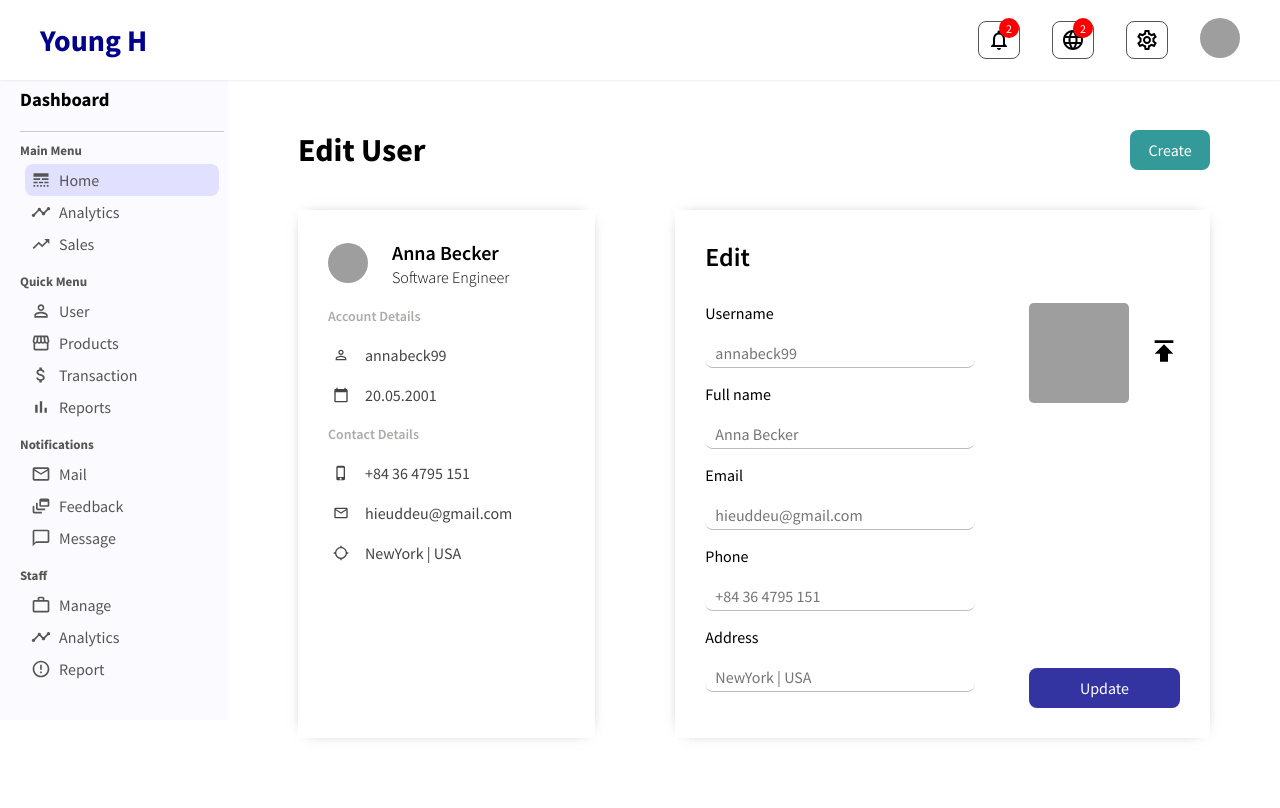
Repository: noname20011/admin
Page: /user/1
These files come from the project's save history. The page is drawn as it stood at one moment and after the next save; the edit follows.
The browser window is 1280 px wide. The pictures show the whole page.
Pictures or frames that could not be fetched are drawn as grey boxes. The project was rebuilt for these pictures with package versions that can differ from the ones it lists, and the page was loaded fresh each time. Also part of the build but not shown: src/pages/home/home.css, src/comopnents/featureInfo/feature.css, src/comopnents/featureInfo/Feature.jsx, src/comopnents/chart/chart.css, src/comopnents/chart/Chart.jsx, src/comopnents/widgetSm/widgetSm.css, src/comopnents/widgetSm/WidgetSm.jsx, src/comopnents/widgetLg/widgetLg.css and 7 more.

Above is the page before, as saved 2021-11-14 14:58:00.

### public/index.html
<!DOCTYPE html>
<html lang="en">
  <head>
    <meta charset="utf-8" />
    <meta name="viewport" content="width=device-width, initial-scale=1" />
    <meta name="theme-color" content="#000000" />
    <meta
      name="description"
      content="Web site created using create-react-app"
    />
    <!-- GOOGLE FONTS -->
    <link href="https://fonts.googleapis.com/css2?family=Source+Sans+Pro:wght@200;300;400;600;700;900&display=swap" rel="stylesheet">
    <style>
      * {
        font-family: 'Source Sans Pro', sans-serif;
        padding: 0;
        margin: 0;
      }
    </style>
    <title>React Admin App</title>
  </head>
  <body>
    <div id="root"></div>
  </body>
</html>

### src/App.js
import Topbar from "./comopnents/topbar/Topbar";
import Sidebar from "./comopnents/sidebar/Sidebar";
import Home from "./pages/home/Home.jsx"
import UserList from "./pages/userList/UserList";
import User from "./pages/user/User";
import NewUser from "./pages/newUser/NewUser";
import './app.css'

import {BrowserRouter as Router, Routes , Route} from "react-router-dom"
function App() {
  return (
    <div>
      <Router>
        <Topbar/>
        <div className="container">
          <Sidebar/>
          <Routes >
            <Route path="/" exact element={<Home/>}/>
            <Route path="/users" exact element={<UserList/>}/>
            <Route path="/user/:userId" exact element={<User/>}/>
            <Route path="/register" exact element={<NewUser/>}/>
          </Routes>
        </div>
      </Router>
    </div>
  );
}

export default App;

### src/comopnents/topbar/Topbar.jsx
import React from 'react'
import './topbar.css'

import { Language, NotificationsNone, SettingsOutlined  } from '@material-ui/icons'

export default function Topbar() {
    return (
        <div className="topbar">
            <div className="topbarWrapper">
                <div className="topLeft">
                    <div className="logo">Young H</div>
                </div>
                <div className="topRight">
                    <div className="topbarIconContainer">
                        <NotificationsNone/>
                        <div className="topIconsBadge">2</div>
                    </div>
                    <div className="topbarIconContainer">
                        <Language/>
                        <div className="topIconsBadge">2</div>
                    </div>
                    <div className="topbarIconContainer">
                        <SettingsOutlined/>
                    </div>
                    <div>
                        <img src="https://images.pexels.com/photos/1526814/pexels-photo-1526814.jpeg?auto=compress&cs=tinysrgb&dpr=2&w=500" alt="admin" className="topAvatar"/>
                    </div>
                </div>
            </div>
        </div>
    )
}

### src/comopnents/sidebar/Sidebar.jsx
import { AttachMoney, BarChart, ChatBubbleOutline, DynamicFeed, ErrorOutline, LineStyle, MailOutlined, PersonOutline, Storefront, Timeline, TrendingUp,  WorkOutlineOutlined } from '@material-ui/icons'
import React from 'react'
import "./sidebar.css"
export default function Sidebar() {
    return (
        <div className="sidebar">
            <div className="sidebarWrapper">
                <h3 className="sidebarTitle">Dashboard</h3>
                <div className="sidebarMenu">
                    <h4 className="sidebarMenuTitle">Main Menu</h4>
                    <ul className="sidebarLists">
                        <li className="sidebarListItem active">
                            <LineStyle className="sidebarIcon"/>
                            Home
                        </li>
                        <li className="sidebarListItem">
                            <Timeline className="sidebarIcon"/>
                            Analytics
                        </li>
                        <li className="sidebarListItem">
                            <TrendingUp className="sidebarIcon"/>
                            Sales
                        </li>
                    </ul>
                </div>
                <div className="sidebarMenu">
                    <h4 className="sidebarMenuTitle">Quick Menu</h4>
                    <ul className="sidebarLists">
                        <li className="sidebarListItem">
                            <PersonOutline className="sidebarIcon"/>
                            User
                        </li>
                        <li className="sidebarListItem">
                            <Storefront className="sidebarIcon"/>
                            Products
                        </li>
                        <li className="sidebarListItem">
                            <AttachMoney className="sidebarIcon"/>
                            Transaction
                        </li>
                        <li className="sidebarListItem">
                            <BarChart className="sidebarIcon"/>
                            Reports
                        </li>
                    </ul>
                </div>
                <div className="sidebarMenu">
                    <h4 className="sidebarMenuTitle">Notifications</h4>
                    <ul className="sidebarLists">
                        <li className="sidebarListItem">
                            <MailOutlined className="sidebarIcon"/>
                            Mail
                        </li>
                        <li className="sidebarListItem">
                            <DynamicFeed className="sidebarIcon"/>
                            Feedback
                        </li>
                        <li className="sidebarListItem">
                            <ChatBubbleOutline className="sidebarIcon"/>
                            Message
                        </li>
                    </ul>
                </div>
                <div className="sidebarMenu">
                    <h4 className="sidebarMenuTitle">Staff</h4>
                    <ul className="sidebarLists">
                        <li className="sidebarListItem">
                            <WorkOutlineOutlined className="sidebarIcon"/>
                            Manage
                        </li>
                        <li className="sidebarListItem">
                            <Timeline className="sidebarIcon"/>
                            Analytics
                        </li>
                        <li className="sidebarListItem">
                            <ErrorOutline className="sidebarIcon"/>
                            Report
                        </li>
                    </ul>
                </div>
            </div>
        </div>
    )
}

### src/pages/user/User.jsx
import { CalendarToday, LocationSearching, MailOutline, PersonOutline, PhoneIphone, Publish } from "@material-ui/icons"
import "./user.css"

export default function User() {
    return (
        <div className="user">
            <div className="userTitleContainer">
                <h1 className="useTitle">Edit User</h1>
                <button className="userAddBtn">
                    Create
                </button>
            </div>
            <div className="userContainer">
                <div className="userShow">
                    <div className="userShowTop">
                        <img src="https://images.pexels.com/photos/1152994/pexels-photo-1152994.jpeg?auto=compress&cs=tinysrgb&dpr=2&w=500" alt="" className="userShowImg" />
                        <div className="userShowTopInfo">
                            <span className="userShowName">Anna Becker</span>
                            <span className="userShowJob">Software Engineer</span>
                        </div>
                    </div>
                    <div className="userShowBottom">
                        <span className="userShowTitle">Account Details</span>
                        <div className="userShowBottomInfo">
                            <PersonOutline className="userShowIcon"/>
                            <span className="userShowInfo">annabeck99</span>
                        </div>
                        <div className="userShowBottomInfo">
                            <CalendarToday className="userShowIcon"/>
                            <span className="userShowInfo">20.05.2001</span>
                        </div>
                        <span className="userShowTitle">Contact Details</span>
                        <div className="userShowBottomInfo">
                            <PhoneIphone className="userShowIcon"/>
                            <span className="userShowInfo">+84 36 4795 151</span>
                        </div>
                        <div className="userShowBottomInfo">
                            <MailOutline className="userShowIcon"/>
                            <span className="userShowInfo">hieuddeu@gmail.com</span>
                        </div>
                        <div className="userShowBottomInfo">
                            <LocationSearching className="userShowIcon"/>
                            <span className="userShowInfo">NewYork | USA</span>
                        </div>
                    </div>
                </div>
                <div className="userUpdate">
                    <span className="userUpdateTitle">Edit</span>
                    <form action="" className="UserUpdateForm">
                        <div className="userUpdateLeft">
                            <div className="userUpdateItem">
                                <label>Username</label>
                                <input type="text"
                                placeholder="annabeck99" className="userUpdateInput" />
                            </div>
                            <div className="userUpdateItem">
                                <label>Full name</label>
                                <input type="text"
                                placeholder="Anna Becker" className="userUpdateInput" />
                            </div>
                            <div className="userUpdateItem">
                                <label>Email</label>
                                <input type="email"
                                placeholder="hieuddeu@gmail.com" className="userUpdateInput" />
                            </div>
                            <div className="userUpdateItem">
                                <label>Phone</label>
                                <input type="text"
                                placeholder="+84 36 4795 151" className="userUpdateInput" />
                            </div>
                            <div className="userUpdateItem">
                                <label>Address</label>
                                <input type="text"
                                placeholder="NewYork | USA" className="userUpdateInput" />
                            </div>
                        </div>
                        <div className="userFormRight">
                            <div className="userUpdateUpload">
                                <img src="https://images.pexels.com/photos/1152994/pexels-photo-1152994.jpeg?auto=compress&cs=tinysrgb&dpr=2&w=500" alt="" className="userFormImg" />
                                <label htmlFor="file">
                                    <Publish className="userUpdateIcon"/>
                                </label>
                                <input type="file" id="file" style={{ display: "none" }} />
                            </div>
                            <button className="userUpdateButton">Update</button>
                        </div>
                    </form>
                </div>
            </div>
        </div>
    )
}

### src/app.css
ul, li {
    list-style: none;
}

a {
    text-decoration: none;
}

.container {
    display: flex;
}

.other {
    flex: 4;
}

button, input {
    border: none;
    outline: none;
}

### src/comopnents/topbar/topbar.css
.topbar {
    width: 100%;
    height: 80px;
    background: #fff;
    box-shadow: 0 .5px 2px rgba(0, 0, 0, 0.07);

    position: sticky;
    top: 0;
    z-index: 1000;
}

.topbarWrapper {
    height: 100%;
    padding: 0 40px;
    display: flex;
    justify-content: space-between;
    align-items: center;
}

.logo {
    font-weight: bold;
    font-size: 30px;
    color: darkblue;
    cursor: pointer;
}

.topRight {
    display: flex;
    align-items: center;
    column-gap: 2rem;
}
.topbarIconContainer {
    position: relative;
    cursor: pointer;
    width: 40px;
    height: 36px;
    border: 1px solid #555;
    border-radius: .5rem;
    display: flex;
    align-items: center;
    justify-content: center;
}

.topbarIconContainer:hover {
    background-color: rgb(248, 246, 246);
}

.topIconsBadge {
    font-size: 12px;
    position: absolute;
    top: -4px;
    right: 0px;

    width: 20px;
    height: 20px;
    background-color: red;
    color: #fff;
    border-radius: 50%;

    display: flex;
    place-content: center;
    place-items: center;
}

.topAvatar {
    width: 40px;
    height: 40px;
    object-fit: cover;
    border-radius: 50%;
    cursor: pointer;
}

### src/comopnents/sidebar/sidebar.css
.sidebar {
    flex: 1;
    background-color: rgb(251, 251, 255);
    position: sticky;
    top: 80px;
    height: calc(100vh - 80px);
}

.sidebarWrapper {
    padding: 8px 4px 0 20px;
}

.sidebarTitle {
    padding-bottom: 20px;
    margin-bottom: 10px;
    border-bottom: 1px solid #ccc;
}

.sidebarMenu {
    margin-bottom: 8px;
}

.sidebarMenuTitle {
    color: #555;
    font-size: 13px;
}

.sidebarLists {
    padding: 5px;
}

.sidebarListItem {
    display: flex;
    align-items: center;
    column-gap: .5rem;

    padding: 6px;
    color: #555;
    cursor: pointer;
    border-radius: .5rem;
}

.sidebarListItem.active,
.sidebarListItem:hover {
    background-color: rgb(225, 225, 255);
}

.sidebarIcon {
    font-size: 20px!important;
}

### src/pages/user/user.css
.user {
    flex: 4;
    margin: 20px 40px;
    padding: 30px;
}

.userTitleContainer {
    display: flex;
    justify-content: space-between;
    margin-bottom: 20px;
}

.userAddBtn {
    width: 80px;
    border-radius: .5rem;
    background-color: teal;
    padding: 5px;

    color: #fff;
    font-size: 16px;
    cursor: pointer;
    opacity: 0.8;
}

.userAddBtn:hover {
    opacity: 1;
}
.userContainer {
    display: flex;
    justify-content: space-between;
    column-gap: 5rem;
}
.userShow {
    flex: 1;
    margin: 20px 0;
    padding: 30px;
    -webkit-box-shadow: 0px 0px 15px -10px rgba(0, 0, 0, 0.75);
    box-shadow: 0px 0px 15px -10px rgba(0, 0, 0, 0.75);
}

.userShowTop {
    display: flex;
    column-gap: 1.5rem;
    align-items: center;
}

.userShowTopInfo {
    display: flex;
    flex-direction: column;
    row-gap: .1rem;
}

.userShowName {
    font-size: 20px;
    font-weight: 600;
}

.userShowJob {
    font-size: 16px;
    font-weight: 300;
}

.userShowImg {
    width: 40px;
    height: 40px;
    border-radius: 50%;
    object-fit: cover;
}

.userShowTitle {
    font-size: 14px;
    font-weight: 600;
    color: rgb(175, 170, 170);
    display: block;
    margin-top: 20px;
}

.userShowBottomInfo {
    display: flex;
    align-items: center;
    column-gap: 1rem;

    margin: 20px 0 20px 5px;
    color: #444;
}

.userShowIcon {
    font-size: 16px !important;
}
.userUpdate {
    flex: 2;
    margin: 20px 0;
    padding: 30px;
    -webkit-box-shadow: 0px 0px 15px -10px rgba(0, 0, 0, 0.75);
    box-shadow: 0px 0px 15px -10px rgba(0, 0, 0, 0.75);
}

.userUpdateTitle {
    font-size: 26px;
    font-weight: 600;
}

.UserUpdateForm {
    margin-top: 30px;
    display: flex;
    justify-content: space-between;
}


.userUpdateItem {
    display: flex;
    flex-direction: column;
    row-gap: 1rem;
    margin-bottom: 16px;
}

.userUpdateInput {
    width: 250px;
    border-bottom: 1px solid #bbb;
    border-bottom-left-radius: .5rem;
    border-bottom-right-radius: .5rem;
    padding: 4px 10px;
    font-size: 16px;
}

.userFormRight {
    display: flex;
    flex-direction: column;
    justify-content: space-between;
}

.userUpdateUpload {
    display: flex;
    align-items: center;
    justify-content: center;
    column-gap: 1.2rem;
}
.userFormImg {
    width: 100px;
    height: 100px;
    object-fit: cover;
    border-radius: .3rem;
}

.userUpdateIcon {
    font-size: 32px !important;
    cursor: pointer;
}

.userUpdateButton {
    padding: 10px 12px;
    border-radius: .5rem;
    background-color: darkblue;
    color: #fff;
    font-size: 16px;
    cursor: pointer;
    opacity: 0.8;
}

.userUpdateButton:hover {
    opacity: 1;
}

Loaded but not shown: src/index.js (common file)

After the next save:
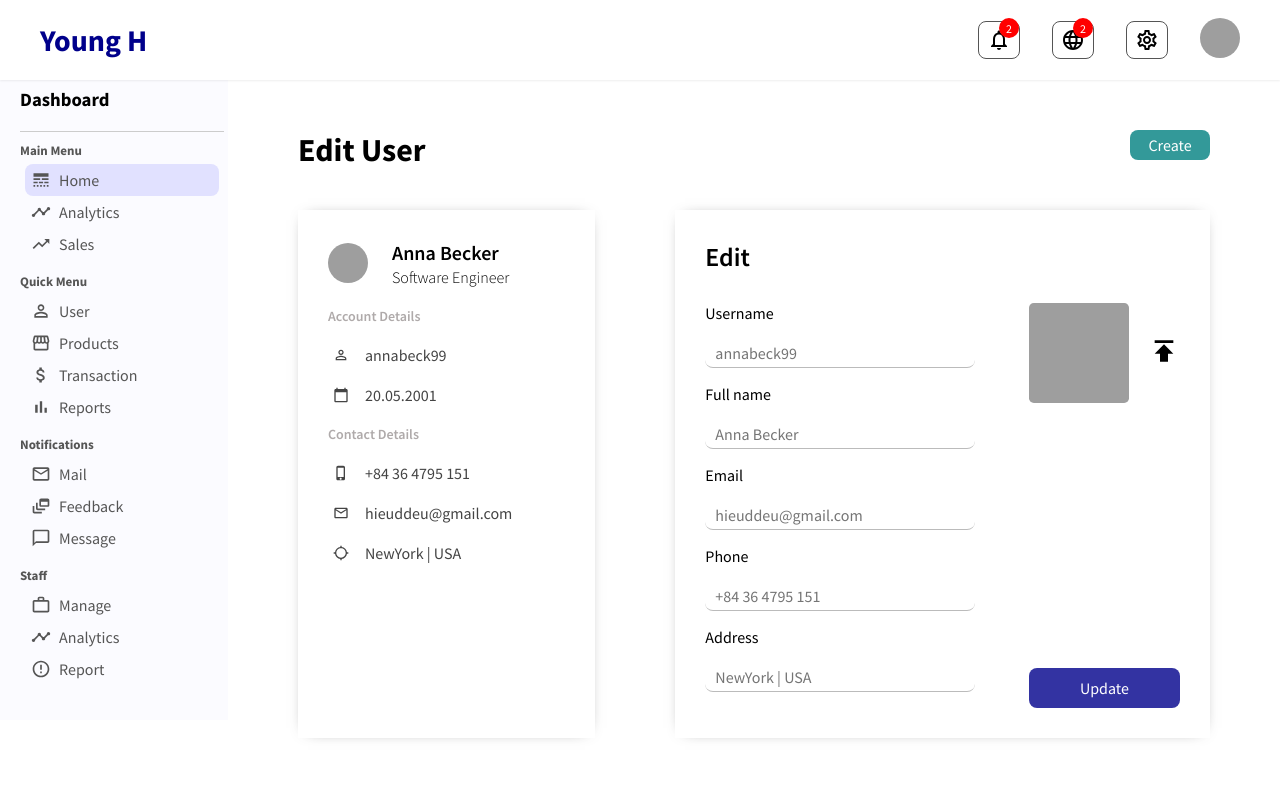
Saved 39 s later.
--- a/src/pages/user/User.jsx
+++ b/src/pages/user/User.jsx
@@ -1,4 +1,5 @@
 import { CalendarToday, LocationSearching, MailOutline, PersonOutline, PhoneIphone, Publish } from "@material-ui/icons"
+import { Link } from "react-router-dom"
 import "./user.css"
 
 export default function User() {
@@ -6,9 +7,11 @@ export default function User() {
         <div className="user">
             <div className="userTitleContainer">
                 <h1 className="useTitle">Edit User</h1>
-                <button className="userAddBtn">
-                    Create
-                </button>
+                <Link to="/register">
+                    <button className="userAddBtn">
+                        Create
+                    </button>
+                </Link>
             </div>
             <div className="userContainer">
                 <div className="userShow">
